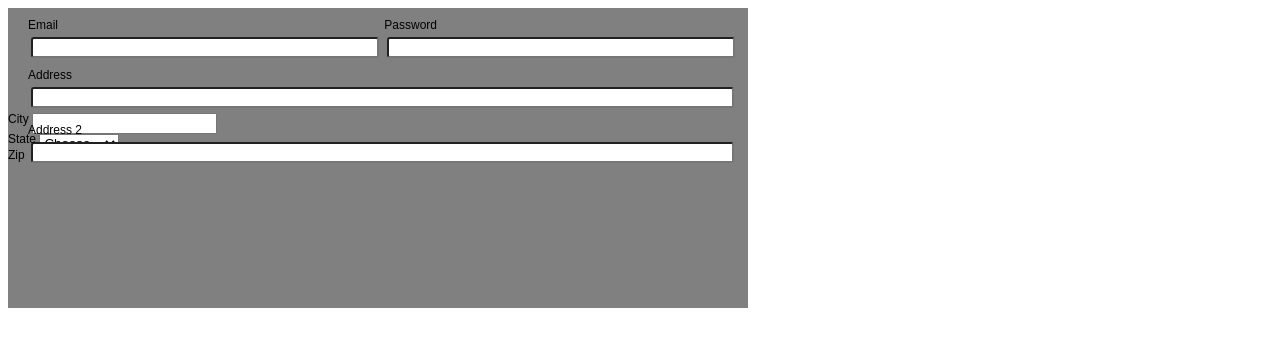
Repository: LongNguyen2504/T3H-FrondEnd
Page: Lesson3_CSS_HomeWork2.html
The author's editor kept a copy of each file at every save. The page is drawn from the files as they stood at one save, then again after the next save.
The browser window is 1280 px wide. The pictures show the whole page.

Above is the page before, as saved 2021-12-01 20:07:28.

After the next save:
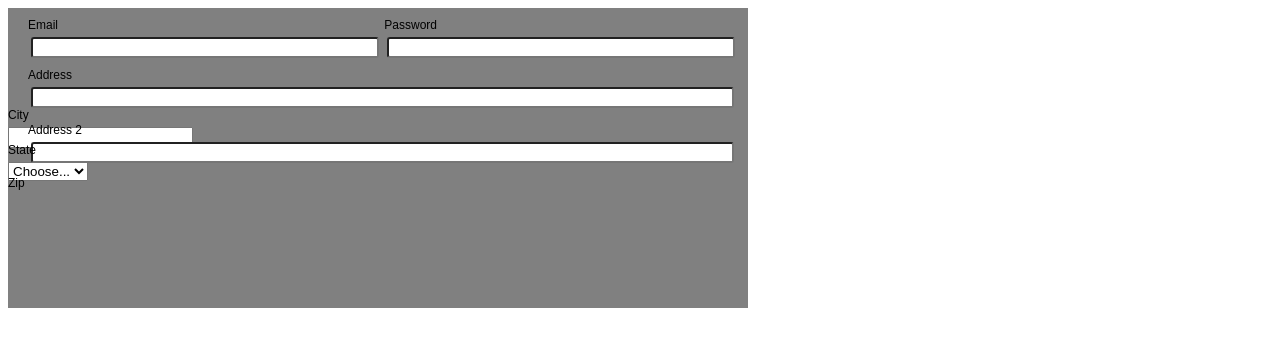
Saved 11 s later.
--- a/Lesson3_CSS_HomeWork2.html
+++ b/Lesson3_CSS_HomeWork2.html
@@ -26,11 +26,11 @@
             <input id="input-address2" type="text" name="address2" >
         </div>
         <div class="city-div">
-            <label class="label-position" for="input-city">City</label>
+            <label class="label-position" for="input-city">City</label><br>
             <input type="text" name="city" id="input-city">
         </div>
         <div class="state-div">
-            <label class="label-position" for="input-state">State</label>
+            <label class="label-position" for="input-state">State</label><br>
             <select name="input-state" id="input-state" >
                 <option value="">Choose...</option>
                 <option value="">Arizona</option>
